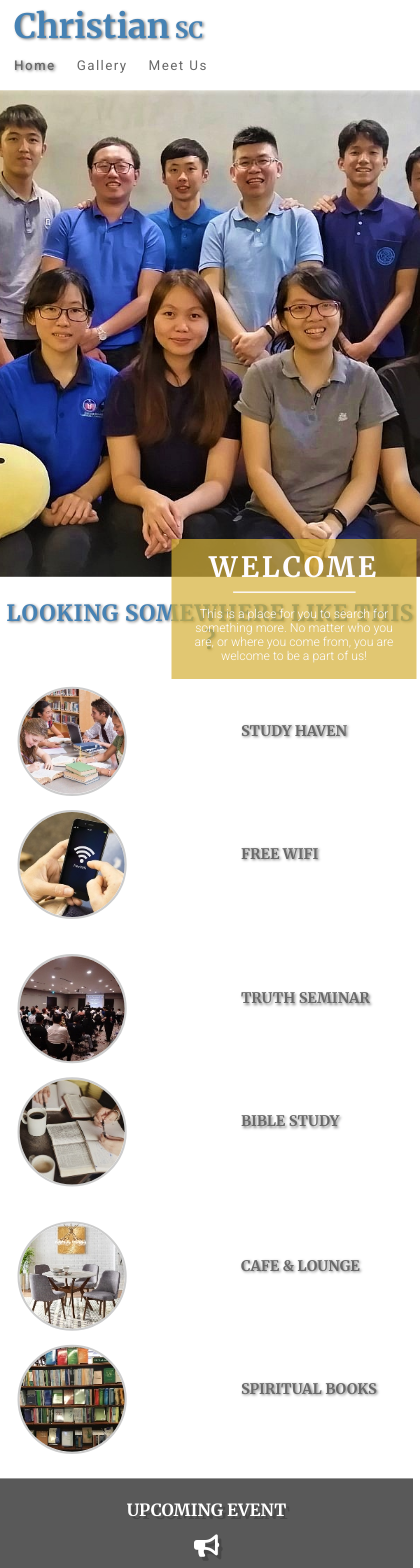
Repository: kongteckmee/christian-sc
Page: index.html
The author's editor kept a record of every edit. The page is drawn from the files as they stood at one moment, then again after the next edit.
The browser window is 600 px wide. The pictures show the part of the page from y = 0 to 2240 px (the page is 2903 px tall), at 70% of full size.
Some web libraries are served in a nearby version.

Above is the page before.

After the next edit:
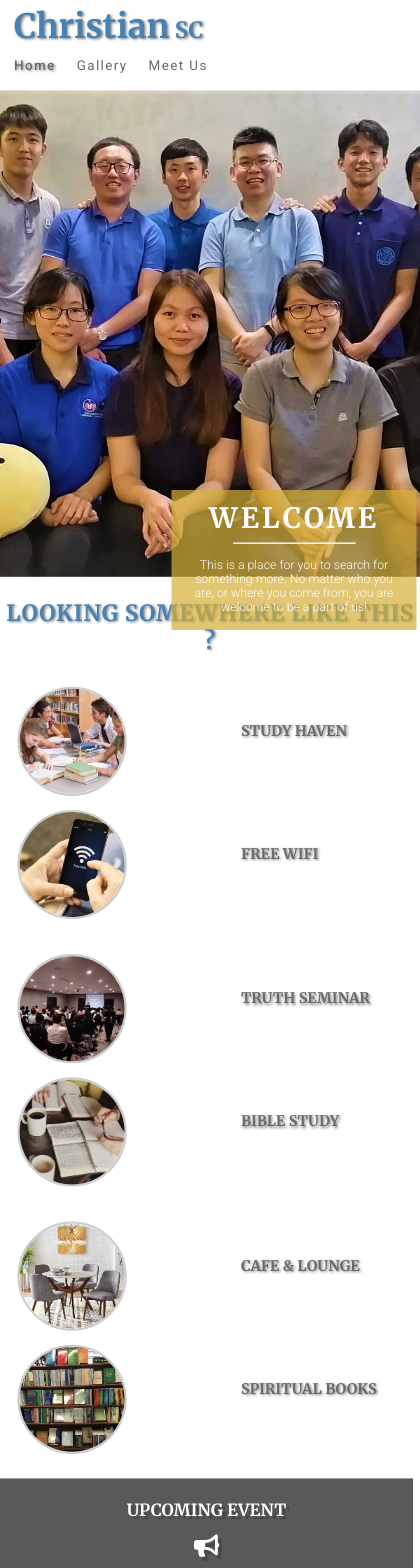
The edit:
--- a/assets/css/style.css
+++ b/assets/css/style.css
@@ -531,7 +531,7 @@
         width: 350px;
         height: 185px;
         padding-top: 15px;
-        bottom: -170px;
+        bottom: -100px;
         right: 5px;
     }
 
